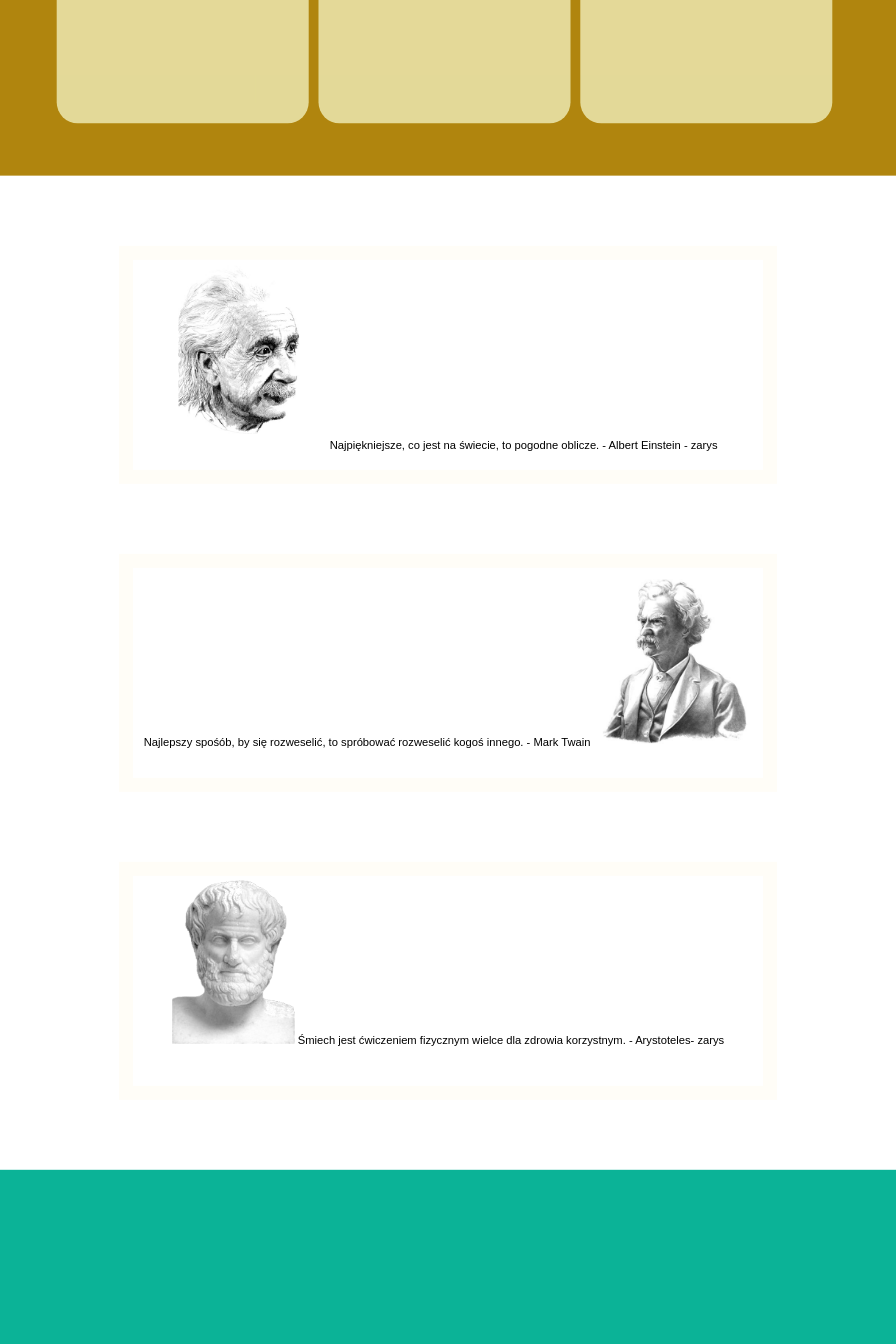
Repository: addstaw/moja-strona
Page: index.html
The author's editor kept a copy of each file at every save. The page is drawn from the files as they stood at one save, then again after the next save.
The browser window is 1280 px wide. The pictures show the part of the page from y = 983 to 2903 px (the page is 3154 px tall), at 70% of full size.
Some web fonts or font styles are not loaded; a fallback is used.

Above is the page before, as saved 2020-05-12 09:46:01.

### index.html
<!DOCTYPE html>
<html lang="pl">
    <head>
        <meta charset="utf-8"/>
        <title> Cheer Up</title>
        <link rel="shortcut icon" href="png/logo1.png" type="image/x-icon" />
        <meta name="description" content="Uśmiech to coś więcej niż prosty wyraz emocji. To nasza dusza wypuszczona na zewnątrz."/>
        <meta name="keywords" content="uśmiech, szczęście"/>
        <meta http-equiv="X-UA-Compatible" content="IE=edge, chrome=1"/>
        <link rel="stylesheet" href="css/style7.css" type="text/css"/>
        <link href="https://fonts.googleapis.com/css2?family=Ceviche+One&display=swap" rel="stylesheet">

    </head>
    <body>
        <div id="maincontainer">
            <herder>
                <div id="header">
                    <nav>
                        <span><img id="logo" src="png/header.png" width=360" height="90"/></span>
                    </nav>
                </div>
            </header>

            <div id="pause">

            </div>
            <section>
                <img id="emoticon" src="png/page4.png" width=100%" />
            </section>
        </div>
    <article>
            <div class="content">
                <div id="container">
                    <div id="introduce">
                        <header><div class="headerIntroduce">Radość</div></header>
                        <article><div class="contentIntroduce">
                        JAfsdjfjsdfjaj;lsdfjdjksfjasdfksjdalfjklas
                        </div></article>
                    </div>
                    <div id="introduce">
                        <header><div class="headerIntroduce" id="mainHeaderIntroduce">Psychologia</div></header>
                        <article><div class="contentIntroduce">
                            wAfsdjfjsdfjaj;lsdfjdjksfjasdfksjdalfjklas
                        </div></article>
                    </div>
                    <div id="introduce">
                        <header><div class="headerIntroduce">Przyjaźń</div></header>
                        <article><div class="contentIntroduce">
                            Afsdjfjsdfjaj;lsdfjdjksfjasdfksjdalfjklas
                        </div></article>
                    </div>
                </div>
            </div>
    </article>
    <section>
        <div id="white">
            <article>
                <section>
                    <div class="quote">
                        <img src="png/unnamed.jpg" height="90%"/>
                        Najpiękniejsze, co jest na świecie, to pogodne oblicze. - Albert Einstein - zarys</div>
                </section>
                <section>
                    <div class="quote">
                        Najlepszy spośób, by się rozweselić, to spróbować rozweselić kogoś innego. - Mark Twain
                        <img src="png/mark-twain-png-samuel-clemens-400.png" height="85%"/></div>
                </section>
                <section>
                    <div class="quote">
                        <img src="png/arystoteles.png" height="80%"/>
                        Śmiech jest ćwiczeniem fizycznym wielce dla zdrowia korzystnym. - Arystoteles- zarys</div>
                </section>
            </article>
        </div>
    </section>
    <footer>
        <div id="footer">

        </div>
    </footer>
    </body>
</html>

### css/style7.css
*{
    margin: 0px;
    font-family: sans-serif;
}
/*maincontaine*/
    #maincontainer{
        text-align: center;
    }
    #header{
        margin-right: 1500px;
    }
    #pause{
        /*height: calc(103vh - 80vw); first version*/
        height: calc(100vh - 110px - 100vw * (536/1919));
    }
    #logo{
        border-radius: 75px;
        border: 3px solid #0bb397;
        margin-left: 30px;
        margin-top: 10px;
        position: relative;

    }
/*Introduce*/
    .content{
        background-color: #b0850e;
        width: 100%;
        text-align: center;
        padding: 25px 0;
    }
        .headerIntroduce{
            font-size: 50px;
            margin-top: 50px;
            margin-bottom: 20px;
            padding-top: 20px;
        }
            #mainHeaderIntroduce{
                font-size: 68px;
                padding-top: 0;
             }
        .contentIntroduce{
            font-size: 20px;
        }

    #introduce{
        width: 50vh;
        height: 50vh;
        background-color: #f1efbb;
        margin-top: 50px;
        margin-bottom: 50px;
        margin-right: 10px;
        display: inline-block;
        border-radius: 30px;
        opacity: 80%;
    }
    #introduce:hover{
        width: calc(50vh - 10px);
        height: calc(50vh - 10px);
        background-color: #f1efbb;/*#e3e0a6;*/
        margin-top: 45px;
        margin-bottom: 45px;
        margin-right: 10px;
        display: inline-block;
        border-radius: 30px;
        border: solid 5px #0bb397;
        opacity: 100%;
        transition: 0.25s;
    }
/* Quotes */
#white{
    background-color: #fff;
    text-align: center;
    padding: 50px 0;
}
    .quote{
        width: 900px;
        height: 300px;
        background-color: #fff;
        margin: 50px 0;
        display: inline-block;
        border: 20px solid #fffdf7;
    }
#footer{
    height: 500px;
    background-color: #0bb397;
}

After the next save:
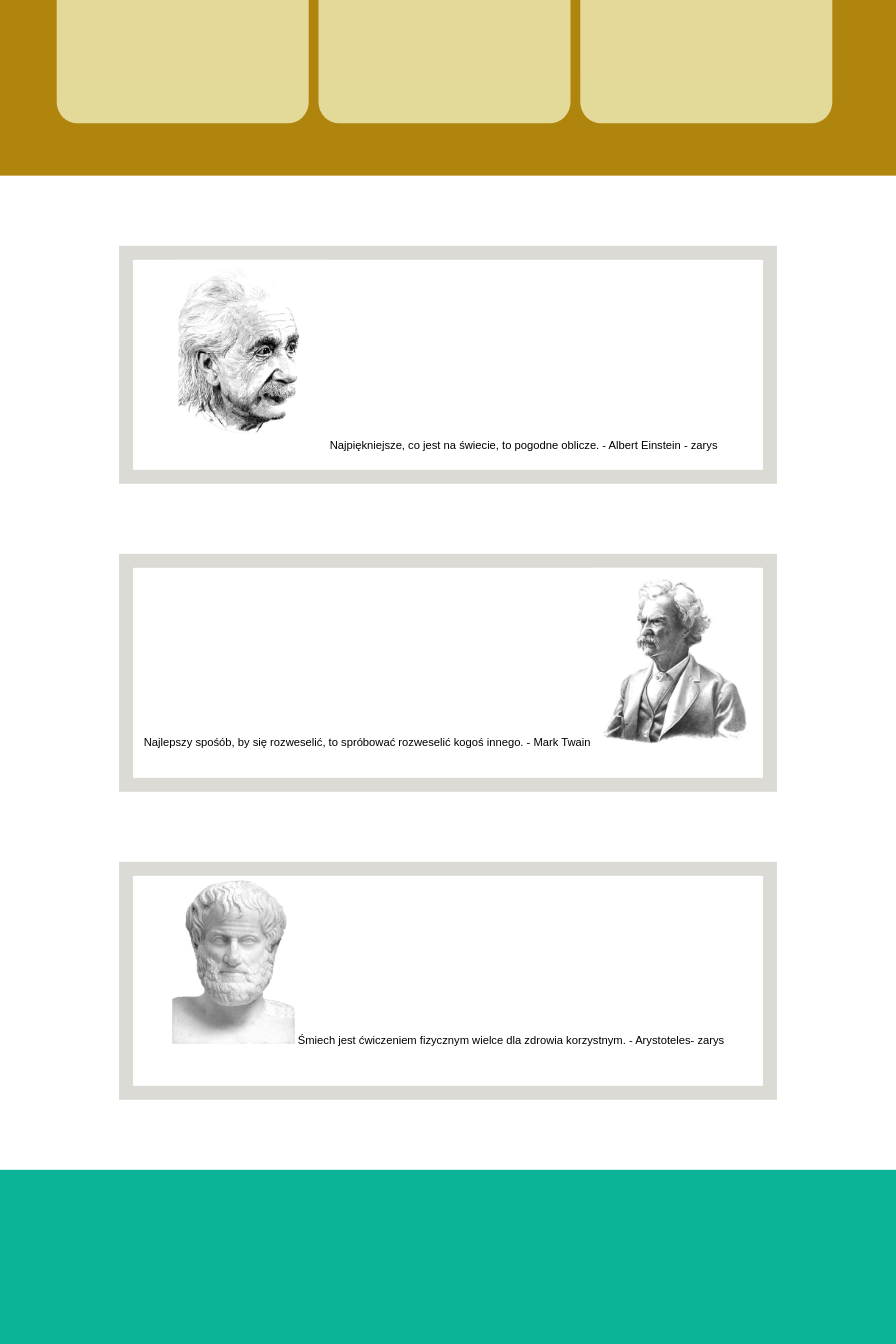
Saved 39 s later.
--- a/css/style7.css
+++ b/css/style7.css
@@ -78,7 +78,7 @@
         background-color: #fff;
         margin: 50px 0;
         display: inline-block;
-        border: 20px solid #fffdf7;
+        border: 20px solid #dbdad5;
     }
 #footer{
     height: 500px;
